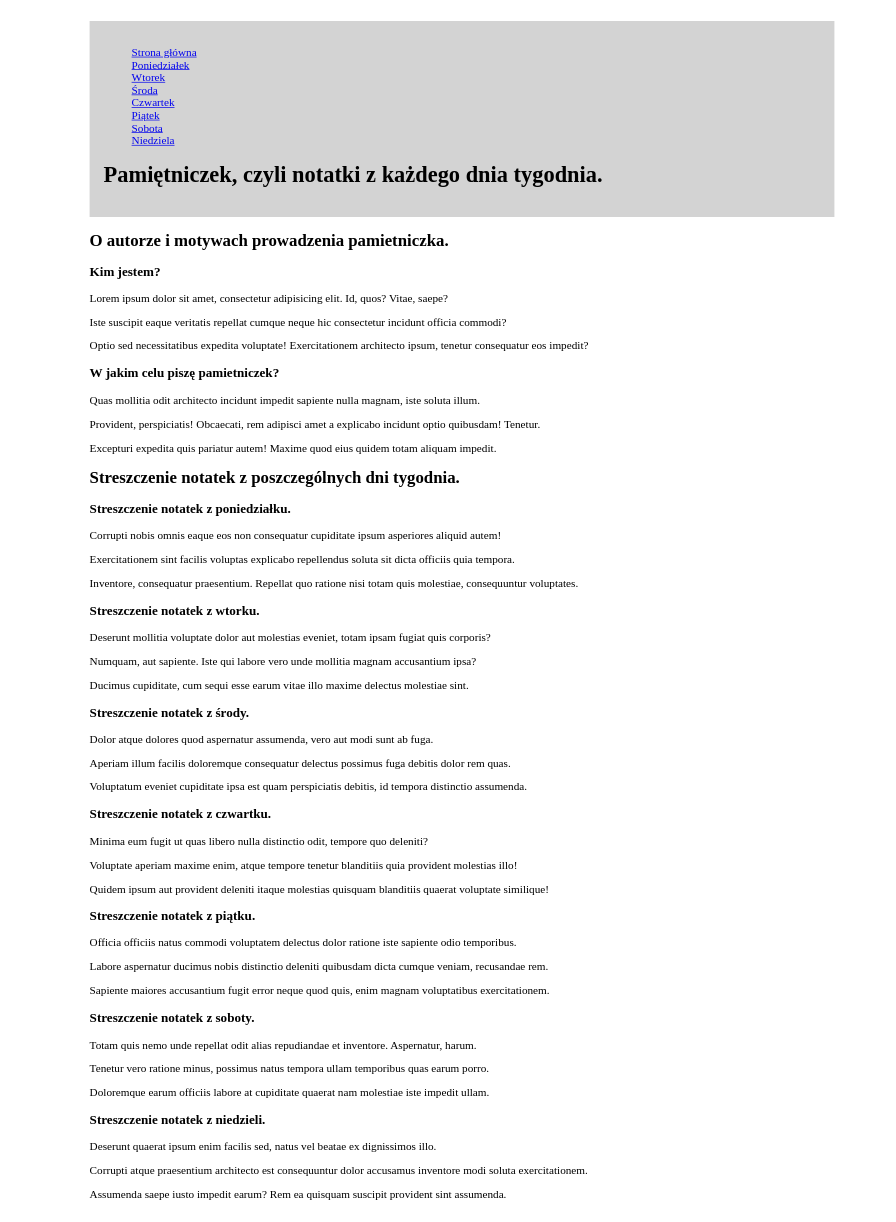
Repository: ArturNatwora/hompage
Page: index.html
The author's editor kept a copy of each file at every save. The page is drawn from the files as they stood at one save, then again after the next save.
The browser window is 1280 px wide. The pictures show the whole page, at 70% of full size.

Above is the page before, as saved 2019-06-11 17:32:58.

### index.html
<!DOCTYPE html>
<html lang="pl">

<head>
    <meta charset="UTF-8">
    <meta name="viewport" content="width=device-width, initial-scale=1.0">
    <meta http-equiv="X-UA-Compatible" content="ie=edge">
    <link rel="stylesheet" href="index.css">
    <title>Strona domowa w ramach kursu WTf CO TEN FRONTEND.</title>
</head>

<body>
    <header class="bodyHeader">
        <nav class="bodyHeader__nav">
            <ul class="bodyHeader__navListLink" >
                <li><a class="bodyHeader__navLink" href="index.html">Strona główna</a></li>
                <li><a class="bodyHeader__navLink" href="./days/1.html">Poniedziałek</a></li>
                <li><a class="bodyHeader__navLink" href="./days/2.html">Wtorek</a></li>
                <li><a class="bodyHeader__navLink" href="./days/3.html">Środa</a></li>
                <li><a class="bodyHeader__navLink" href="./days/4.html">Czwartek</a></li>
                <li><a class="bodyHeader__navLink" href="./days/5.html">Piątek</a></li>
                <li><a class="bodyHeader__navLink" href="./days/6.html">Sobota</a></li>
                <li><a class="bodyHeader__navLink" href="./days/7.html">Niedziela</a></li>
            </ul>
        </nav>
        <h1 class="bodyHeader__h1">Pamiętniczek, czyli notatki z każdego dnia tygodnia.</h1>
    </header>
    <main class="main">
        <secion class="secion">
            <h2 class="section__title">O autorze i motywach prowadzenia pamietniczka.</h2>
            <article class="article">
                <h3 class="article__title">Kim jestem?</h3>
                <p>Lorem ipsum dolor sit amet, consectetur adipisicing elit. Id, quos? Vitae, saepe?</p>
                <p>Iste suscipit eaque veritatis repellat cumque neque hic consectetur incidunt officia commodi?</p>
                <p>Optio sed necessitatibus expedita voluptate! Exercitationem architecto ipsum, tenetur consequatur eos
                    impedit?</p>
            </article>
            <article class="article">

                <h3 class="article__title">W jakim celu piszę pamietniczek?</h3>
                <p>Quas mollitia odit architecto incidunt impedit sapiente nulla magnam, iste soluta illum.</p>
                <p>Provident, perspiciatis! Obcaecati, rem adipisci amet a explicabo incidunt optio quibusdam! Tenetur.
                </p>
                <p>Excepturi expedita quis pariatur autem! Maxime quod eius quidem totam aliquam impedit.</p>
            </article>


            <secion class="secion">
                <h2 class="section__title">Streszczenie notatek z poszczególnych dni tygodnia.</h2>
                <article class="article">
                    <h3 class="article__title">Streszczenie notatek z poniedziałku.</h3>
                    <p>Corrupti nobis omnis eaque eos non consequatur cupiditate ipsum asperiores aliquid autem!</p>
                    <p>Exercitationem sint facilis voluptas explicabo repellendus soluta sit dicta officiis quia
                        tempora.</p>
                    <p>Inventore, consequatur praesentium. Repellat quo ratione nisi totam quis molestiae, consequuntur
                        voluptates.</p>
                </article>
                <article class="article">
                    <h3 class="article__title">Streszczenie notatek z wtorku.</h3>
                    <p>Deserunt mollitia voluptate dolor aut molestias eveniet, totam ipsam fugiat quis corporis?</p>
                    <p>Numquam, aut sapiente. Iste qui labore vero unde mollitia magnam accusantium ipsa?</p>
                    <p>Ducimus cupiditate, cum sequi esse earum vitae illo maxime delectus molestiae sint.</p>
                </article>
                <article class="article">
                    <h3 class="article__title">Streszczenie notatek z środy.</h3>
                    <p>Dolor atque dolores quod aspernatur assumenda, vero aut modi sunt ab fuga.</p>
                    <p>Aperiam illum facilis doloremque consequatur delectus possimus fuga debitis dolor rem quas.</p>
                    <p>Voluptatum eveniet cupiditate ipsa est quam perspiciatis debitis, id tempora distinctio
                        assumenda.</p>
                </article>
                <article class="article">
                    <h3 class="article__title">Streszczenie notatek z czwartku.</h3>
                    <p>Minima eum fugit ut quas libero nulla distinctio odit, tempore quo deleniti?</p>
                    <p>Voluptate aperiam maxime enim, atque tempore tenetur blanditiis quia provident molestias illo!
                    </p>
                    <p>Quidem ipsum aut provident deleniti itaque molestias quisquam blanditiis quaerat voluptate
                        similique!</p>
                </article>
                <article class="article">
                    <h3 class="article__title">Streszczenie notatek z piątku.</h3>
                    <p>Officia officiis natus commodi voluptatem delectus dolor ratione iste sapiente odio temporibus.
                    </p>
                    <p>Labore aspernatur ducimus nobis distinctio deleniti quibusdam dicta cumque veniam, recusandae
                        rem.</p>
                    <p>Sapiente maiores accusantium fugit error neque quod quis, enim magnam voluptatibus
                        exercitationem.</p>
                </article>
                <article class="article">
                    <h3 class="article__title">Streszczenie notatek z soboty.</h3>
                    <p>Totam quis nemo unde repellat odit alias repudiandae et inventore. Aspernatur, harum.</p>
                    <p>Tenetur vero ratione minus, possimus natus tempora ullam temporibus quas earum porro.</p>
                    <p>Doloremque earum officiis labore at cupiditate quaerat nam molestiae iste impedit ullam.</p>
                </article>
                <article class="article">
                    <h3 class="article__title">Streszczenie notatek z niedzieli.</h3>
                    <p>Deserunt quaerat ipsum enim facilis sed, natus vel beatae ex dignissimos illo.</p>
                    <p>Corrupti atque praesentium architecto est consequuntur dolor accusamus inventore modi soluta
                        exercitationem.</p>
                    <p>Assumenda saepe iusto impedit earum? Rem ea quisquam suscipit provident sint assumenda.</p>
                </article>
            </secion>


    </main>
    <script src="index.js"></script>
</body>

</html>

### index.css
/*
*{
    margin: 0;
    padding: 0;
    box-sizing: border-box;
    font-size: 14px;
}
*/

body{
    width: 80%;
    margin: 30px auto;
}

.bodyHeader {
    width: 100%;
    padding: 20px;
    background: lightgrey;

}
.bodyHeader__navListLink {
    list-style: none;
}

Loaded but not shown: index.js (no copy from this time; the picture is the same without it)

After the next save:
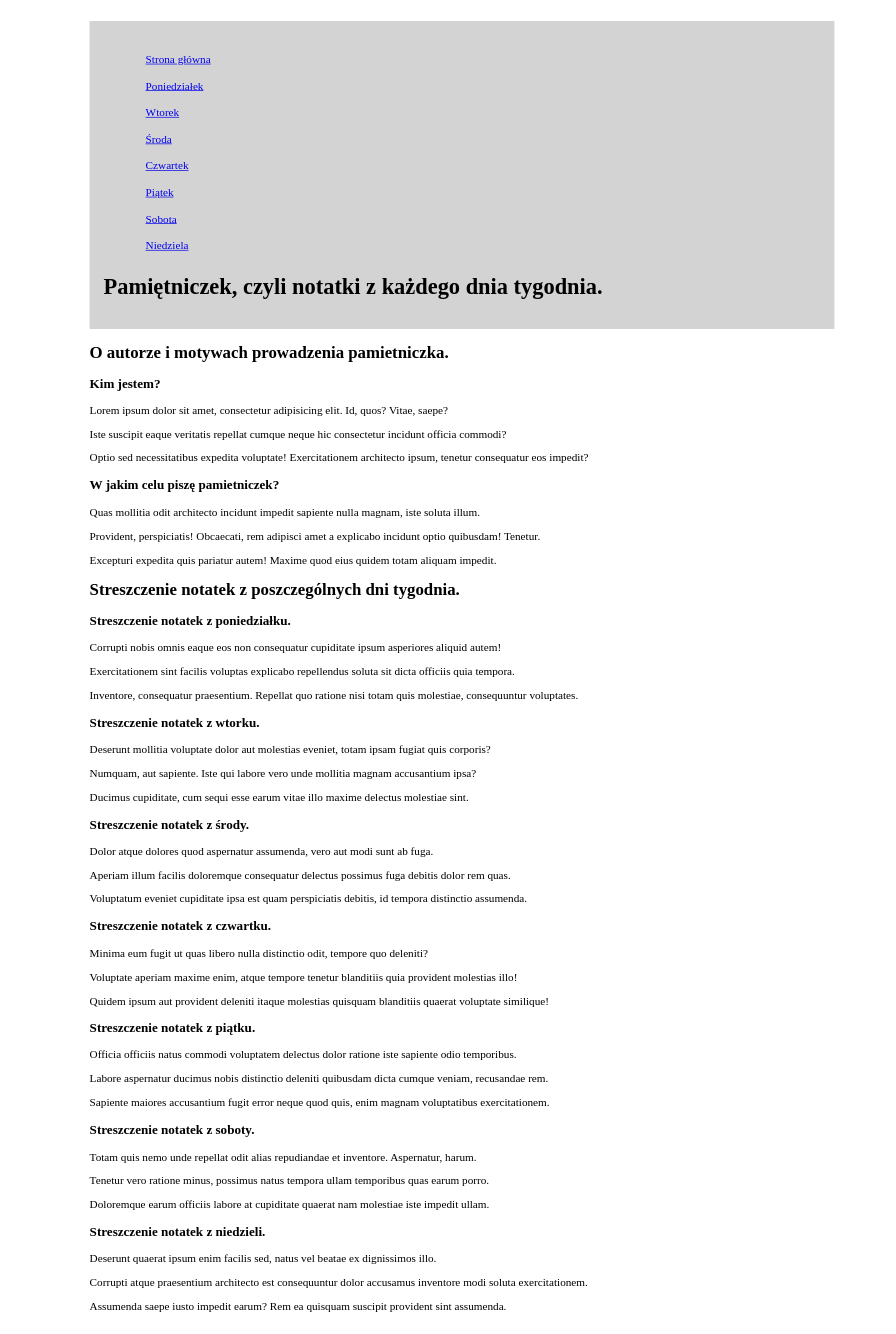
Saved 2 min 35 s later.
--- a/index.css
+++ b/index.css
@@ -20,4 +20,9 @@ body{
 }
 .bodyHeader__navListLink {
     list-style: none;
+    display: block;
 }
+.bodyHeader__navLink{
+    display: inline-block;
+    margin: 10px 20px;
+}
